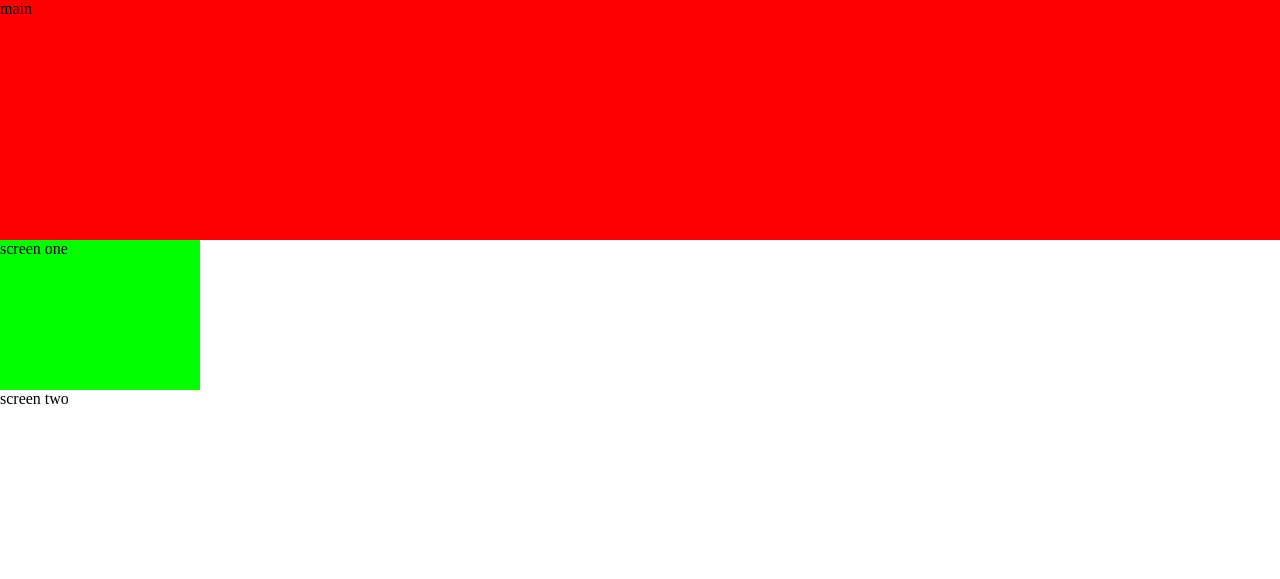
Repository: suhong99/htmlLecture
Page: cssSample3/src/main/webapp/index.html
An editor plug-in stored every save of this project. The page is shown before and after the next save, followed by the edit.
The browser window is 1280 px wide. The pictures show the whole page.

Above is the page before, as saved 2023-06-22 04:12:53.

After the next save:
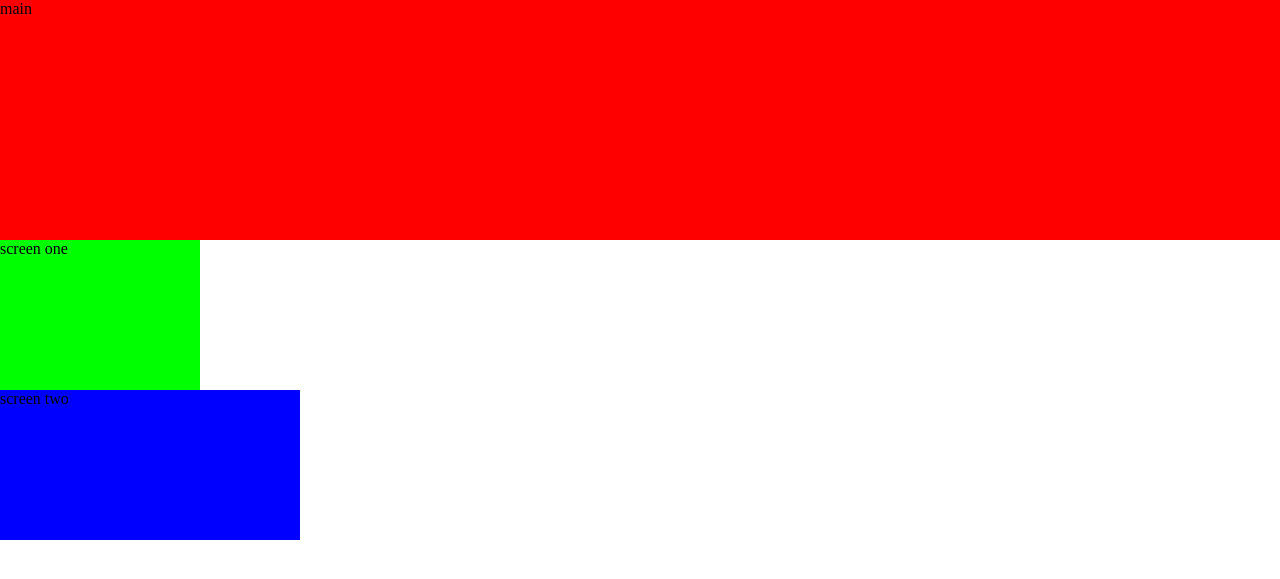
Saved 17 s later.
--- a/cssSample3/src/main/webapp/index.html
+++ b/cssSample3/src/main/webapp/index.html
@@ -20,6 +20,7 @@ body {
 #two{
 	width:300px;
 	height:150px;
+	background-color: rgb(0,0,255);
 }
 </style>
 </head>
